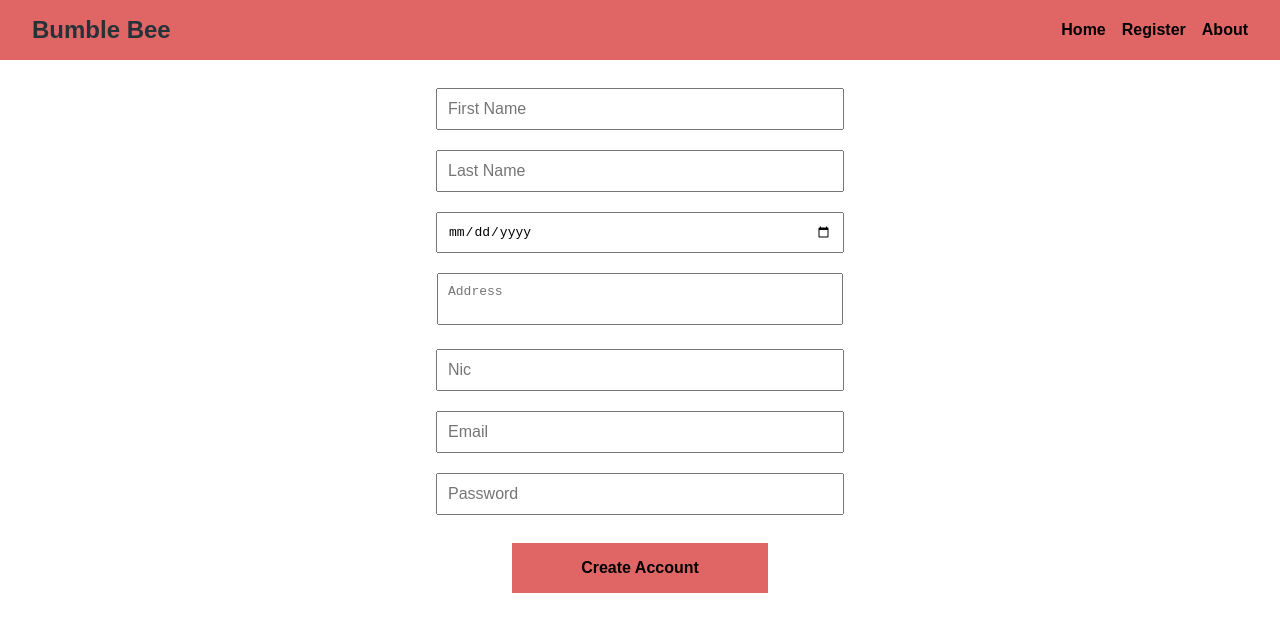
Repository: developerks611/Bumble-bee
Page: http://localhost/Bumble/add-customer.jsp
These files come from the project's save history. The page is drawn as it stood at one moment and after the next save; the edit follows.
The browser window is 1280 px wide. The pictures show the whole page.
The page is served by Tomcat 9.

Above is the page before, as saved 2023-02-28 03:58:15.

After the next save:
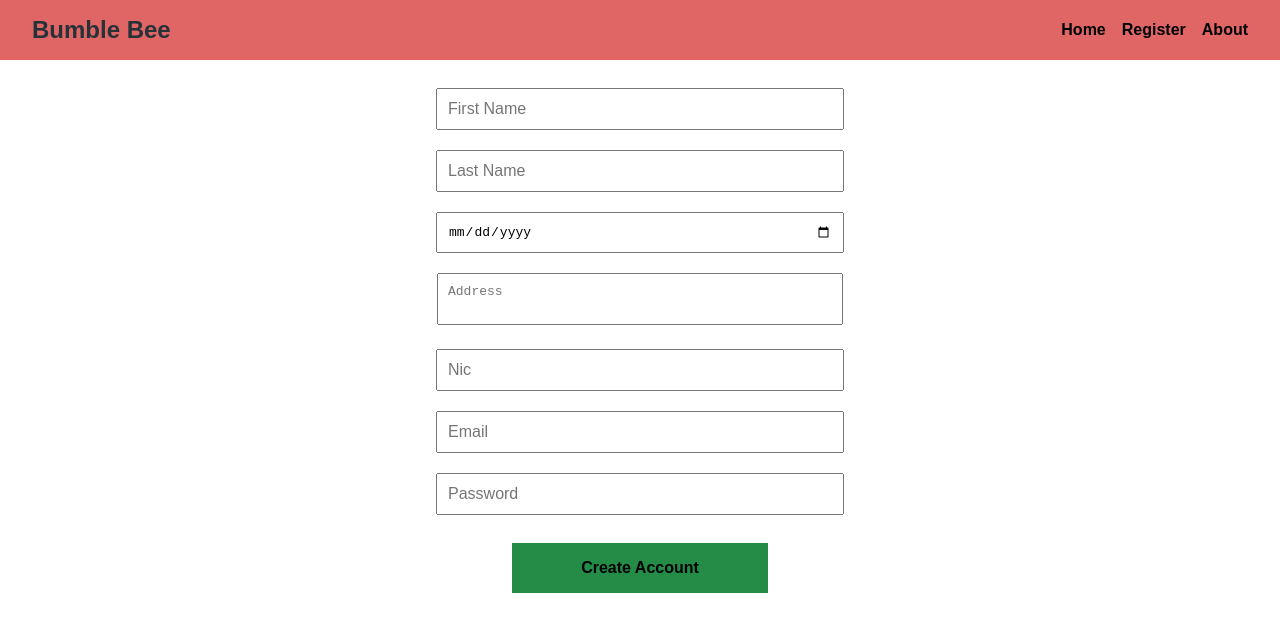
Saved 23 s later.
--- a/Bumble/src/main/webapp/add-customer.jsp
+++ b/Bumble/src/main/webapp/add-customer.jsp
@@ -60,7 +60,7 @@
 
 .createAccount{
 
-	background-color:#e06666;
+	background-color:#248C46;
 	outline: none;
     border: none;
     width:20%;

After the save that followed:
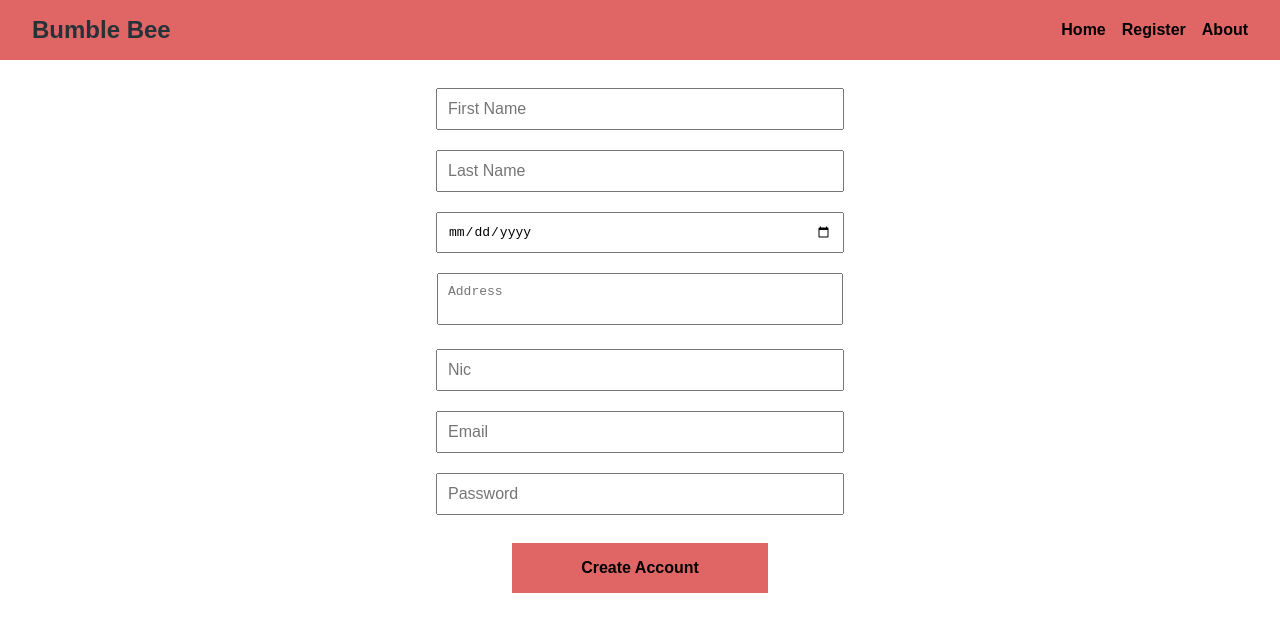
Saved 8 s later.
--- a/Bumble/src/main/webapp/add-customer.jsp
+++ b/Bumble/src/main/webapp/add-customer.jsp
@@ -60,7 +60,7 @@
 
 .createAccount{
 
-	background-color:#248C46;
+	background-color:#e06666;
 	outline: none;
     border: none;
     width:20%;
